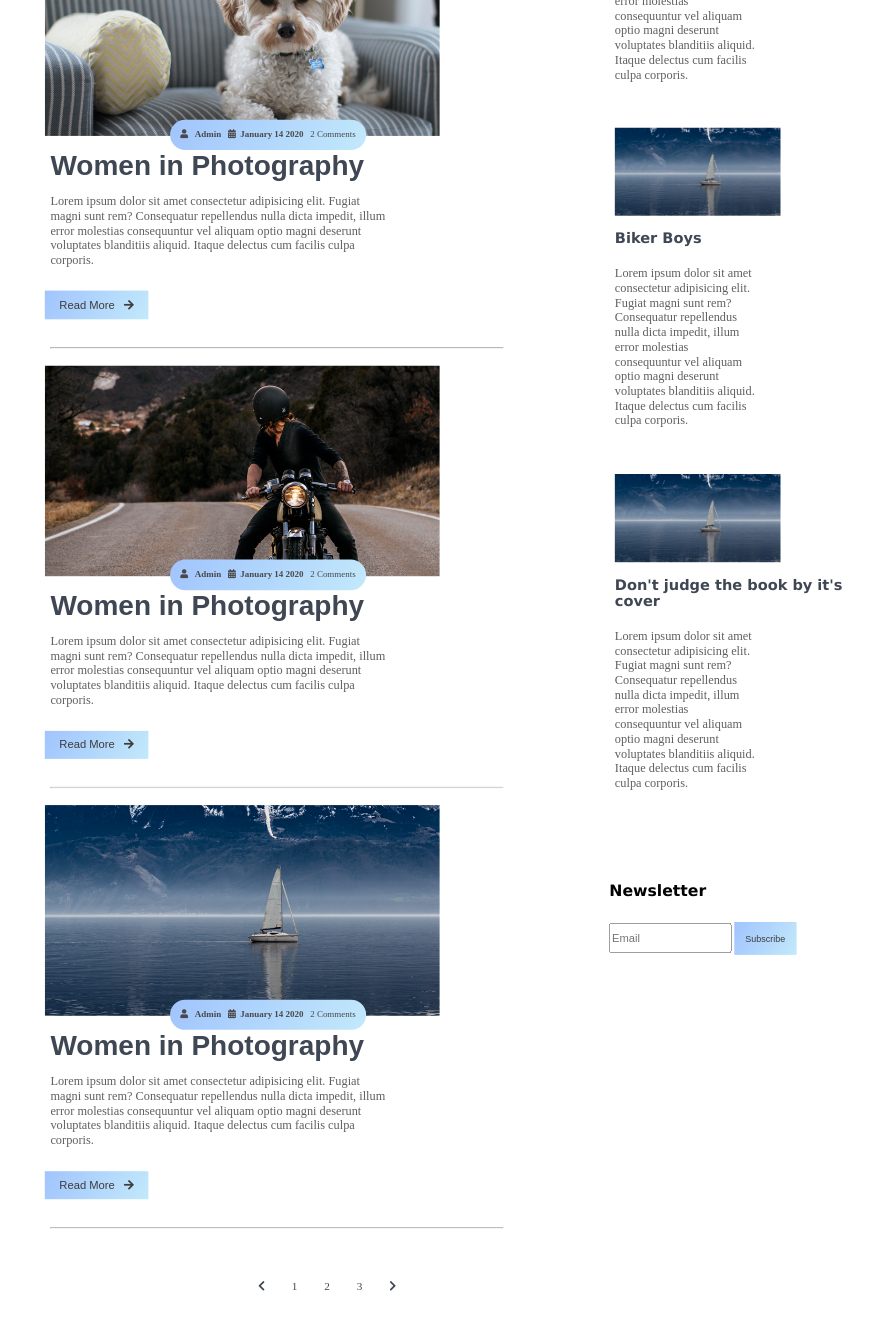
Repository: premjawaharp/Blogsite
Page: index.html
The author's editor kept a copy of each file at every save. The page is drawn from the files as they stood at one save, then again after the next save.
The browser window is 1280 px wide. The pictures show the part of the page from y = 2033 to 3953 px (the page is 3953 px tall), at 70% of full size.

Above is the page before, as saved 2020-09-16 21:44:39.

After the next save:
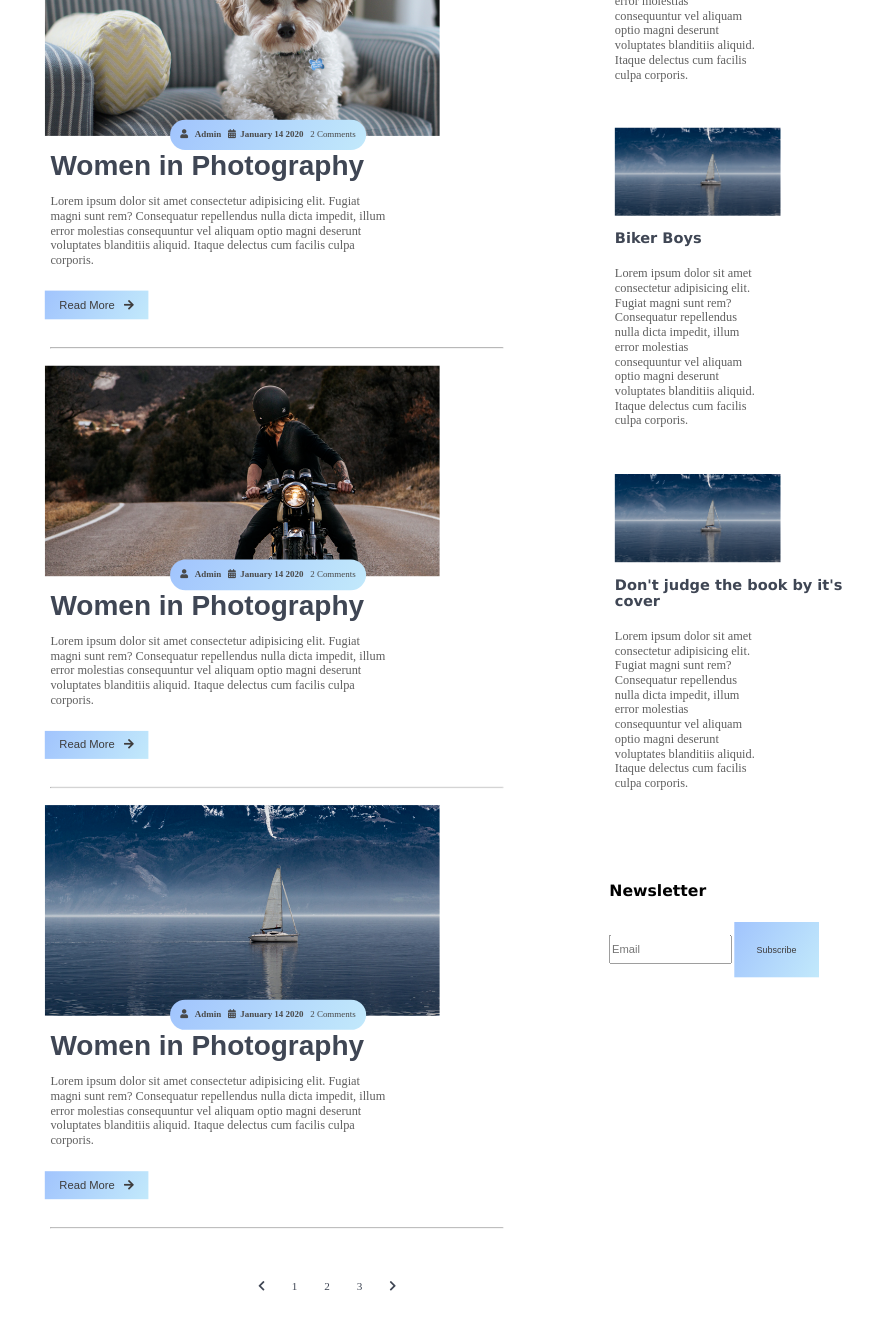
Saved 7 s later.
--- a/css/style.css
+++ b/css/style.css
@@ -408,7 +408,7 @@ main .post-content .post-btn {
 main .news-letter .news-form .new-form-btn {
     border-radius: 0;
     margin-top: 1rem;
-    padding:1rem;
+    padding:2rem;
     background: var(--water-sky);
     font-size:1vw;
 }
